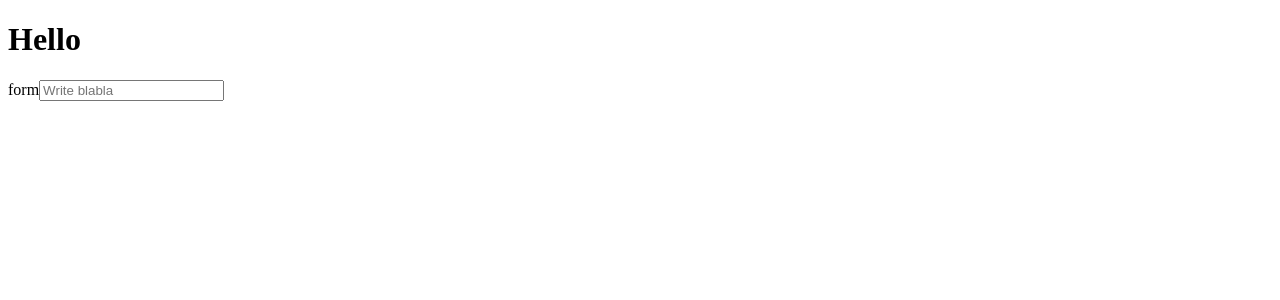
Repository: jangth0655/redux-toolkit
Page: /
An editor plug-in stored every save of this project. The page is shown before and after the next save, followed by the edit.
The browser window is 1280 px wide. The pictures show the whole page.
The page's requests for data from a server got no answer. The project was rebuilt for these pictures with package versions that can differ from the ones it lists, and the page was loaded fresh each time. No one was signed in, and anything a server would have sent is missing.

Above is the page before, as saved 2022-01-30 22:14:22.

After the next save:
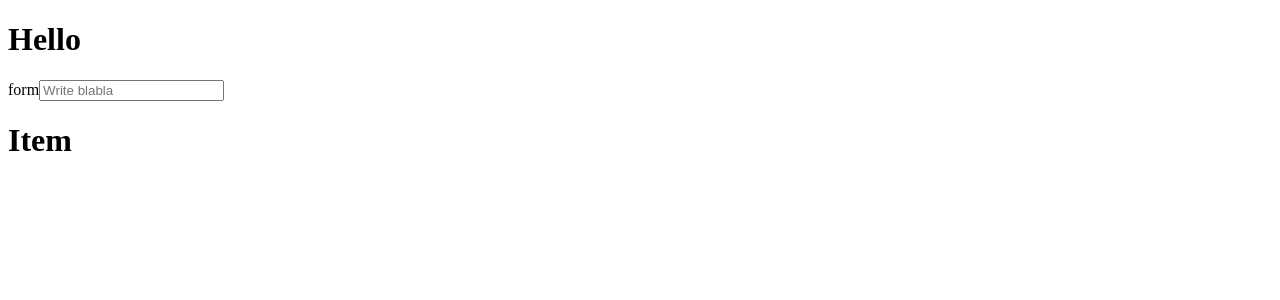
Saved 9 s later.
--- a/src/App.jsx
+++ b/src/App.jsx
@@ -1,5 +1,6 @@
 import { useCallback, useEffect, useState } from "react";
 import { useDispatch, useSelector } from "react-redux";
+import Item from "./Item";
 import { itemsList } from "./reducer/items";
 import { action, addToDo, deleteToDo } from "./reducer/todo";
 
@@ -48,6 +49,7 @@ function App() {
           <button>DEL</button>
         </div>
       ))}
+      <Item />
     </>
   );
 }
